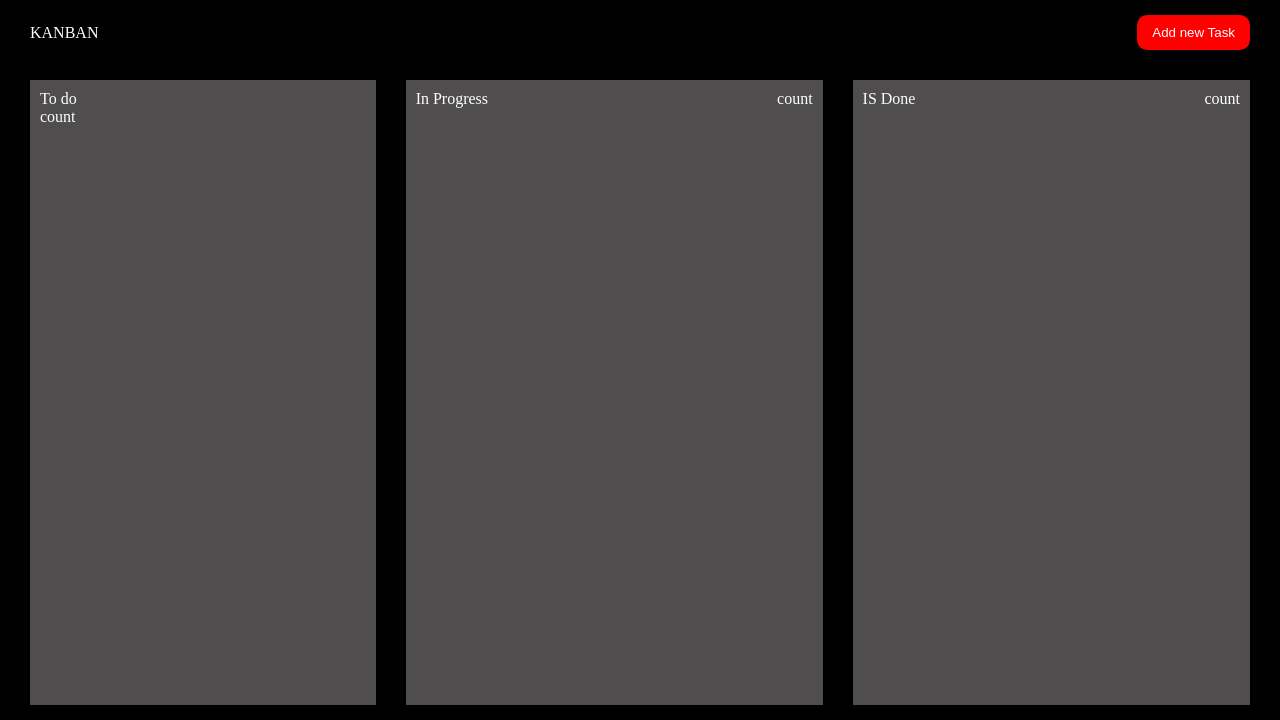
Repository: Sandeepji-5/Kanban-board
Page: index.html
The author's editor kept a copy of each file at every save. The page is drawn from the files as they stood at one save, then again after the next save.
The browser window is 1280 px wide. The pictures show the whole page.

Above is the page before, as saved 2025-12-08 18:30:41.

After the next save:
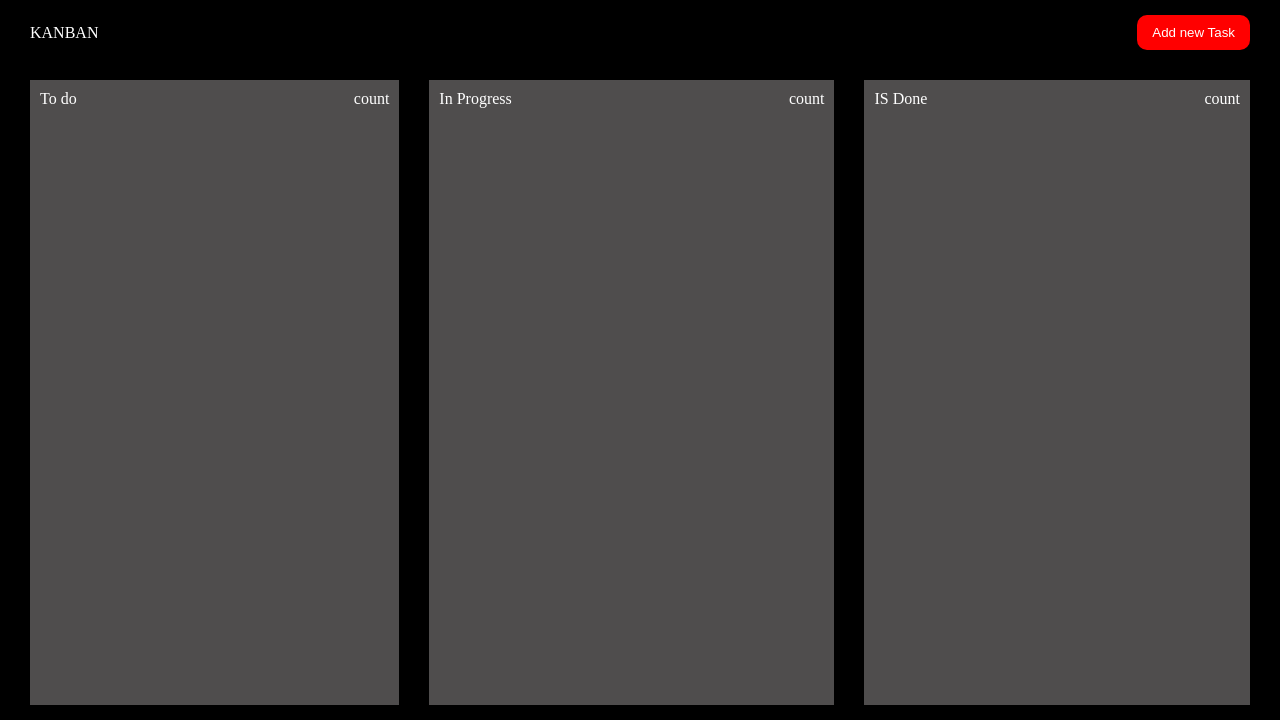
Saved 18 s later.
--- a/index.html
+++ b/index.html
@@ -14,7 +14,7 @@
         </nav>
         <section class="board">
             <div class="task-column">
-                <div class="hweading">
+                <div class="heading">
                     <div class="left">To do </div>
                     <div class="right">count</div>
                 </div>
